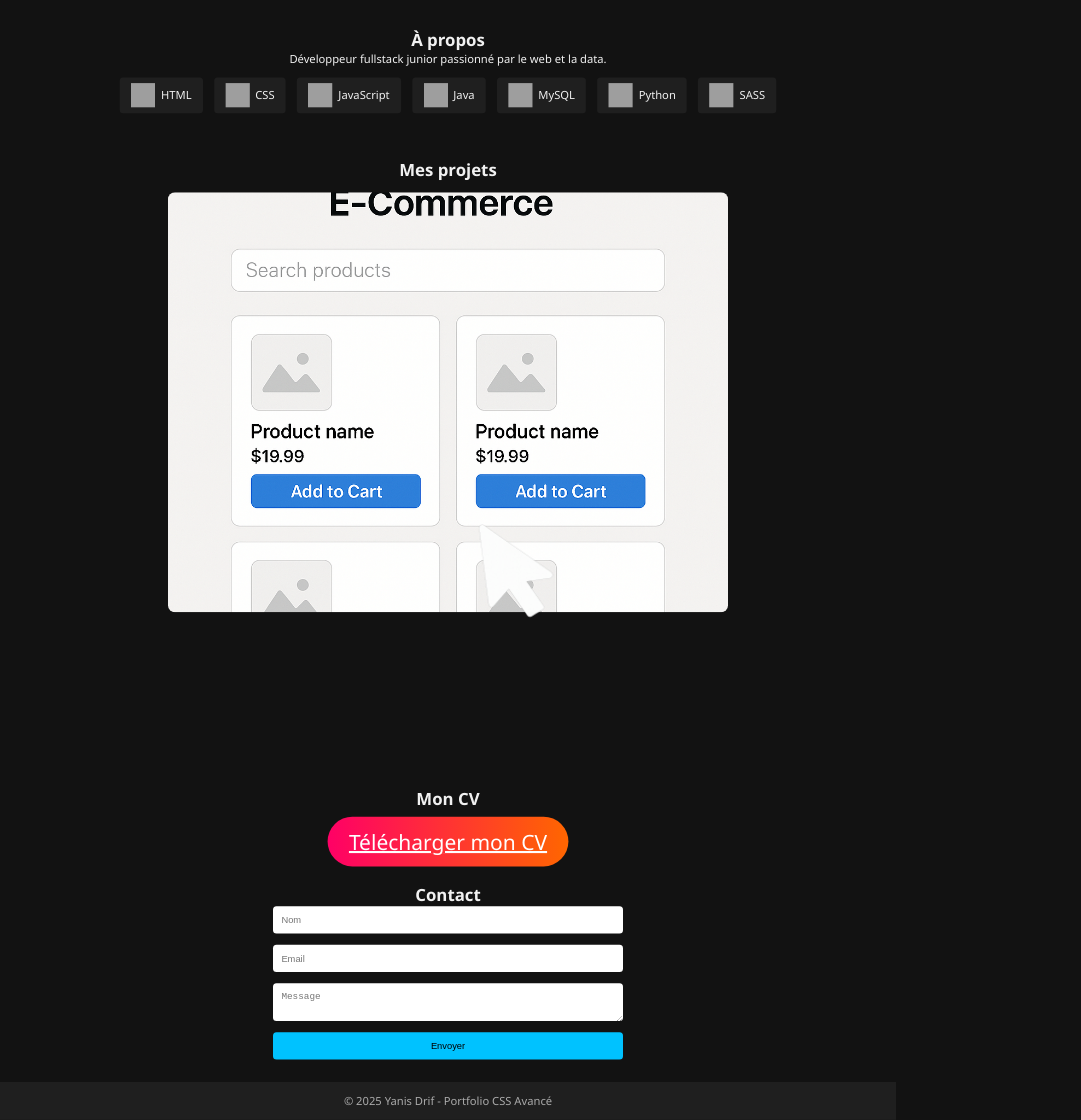
Repository: Yxniiss/ProjetCssAvance
Page: OneDrive/Bureau/Portfolio DrifYanis/home.html
An editor plug-in stored every save of this project. The page is shown before and after the next save, followed by the edit.
The browser window is 1280 px wide. The page is 1544 px wide, so the pictures cover 1544 px, including what lies to the right of the window. The pictures show the part of the page from y = 824 to 2424 px (the page is 2424 px tall), at 70% of full size.
Pictures or frames that could not be fetched are drawn as grey boxes.

Above is the page before, as saved 2025-04-10 11:37:19.
Console error: TypeError: Cannot set properties of null (setting 'textContent')

### OneDrive/Bureau/Portfolio DrifYanis/home.html
<!DOCTYPE html>
<html lang="fr">
<head>
  <meta charset="UTF-8" />
  <meta name="viewport" content="width=device-width, initial-scale=1.0" />
  <title>Portfolio - Yanis Drif</title>
  <link rel="stylesheet" href="/style.css" />
  <script defer src="/script.js"></script>
</head>
<body>
  <nav class="navbar">
    <div class="logo">Yanis Drif</div>
    <ul class="nav-links">
      <li><a href="#apropos">À propos</a></li>
      <li><a href="#projets">Projets</a></li>
      <li><a href="#cv">CV</a></li>
      <li><a href="#contact">Contact</a></li>
    </ul>
  </nav>

  <header class="hero">
    <img src="/image/IMG_0965 (2).jpeg" alt="Photo de profil" class="hero__image" />
    <div class="hero__content">
      <h1 class="hero__name">Yanis Drif</h1>
      <p class="hero__tagline">Développeur <span>Web</span> & Passionné de Data</p>
      <p class="hero__desc">Musique 🎧 | Jeux Vidéo 🎮 | Basket 🏀</p>
      <a href="#projets" class="btn">Voir mes projets</a>
    </div>
  </header>

  <section id="apropos" class="section about">
    <h2>À propos</h2>
    <p>Développeur fullstack junior passionné par le web et la data.</p>
    <div class="skills">
      <div class="skill"><img src="https://devicon-website.vercel.app/api/html5/original-wordmark.svg" alt="HTML">HTML</div>
      <div class="skill"><img src="https://devicon-website.vercel.app/api/css3/original-wordmark.svg" alt="CSS">CSS</div>
      <div class="skill"><img src="https://devicon-website.vercel.app/api/javascript/original.svg" alt="JavaScript">JavaScript</div>
      <div class="skill"><img src="https://devicon-website.vercel.app/api/java/original-wordmark.svg" alt="Java">Java</div>
      <div class="skill"><img src="https://devicon-website.vercel.app/api/mysql/plain-wordmark.svg" alt="MySQL">MySQL</div>
      <div class="skill"><img src="https://devicon-website.vercel.app/api/python/original-wordmark.svg" alt="Python">Python</div>
      <div class="skill"><img src="https://devicon-website.vercel.app/api/sass/original.svg" alt="SASS">SASS</div>
    </div>
  </section>

  <section id="projets" class="section projets">
    <h2>Mes projets</h2>
    <div class="projects carousel">
      <img src="image/ChatGPT Image 10 avr. 2025, 11_03_09.png" alt="Projet 1"/>
      <img src="/image/ChatGPT Image 10 avr. 2025, 11_09_31.png" alt="Projet 2" />
      <img src="/image/ChatGPT Image 10 avr. 2025, 11_11_38.png" alt="Projet 3" />
    </div>
    <div class="cursor2">
      <img src="/image/fecd8f8b-00be-49a2-b5b1-3fb5a8c2059e.png">
    </div>
  </section>

  <section id="cv" class="section cv">
    <h2>Mon CV</h2>
    <a href="/doc/CV Yanis (1) (1).pdf" download class="btn2">Télécharger mon CV</a>
  </section>

  <section id="contact" class="section contact">
    <h2>Contact</h2>
    <form class="contact-form">
      <input type="text" placeholder="Nom" required />
      <input type="email" placeholder="Email" required />
      <textarea placeholder="Message" required></textarea>
      <button type="submit">Envoyer</button>
    </form>
  </section>

  <footer>
    <p>&copy; 2025 Yanis Drif - Portfolio CSS Avancé</p>
  </footer>
</body>
</html>

### OneDrive/Bureau/Portfolio DrifYanis/style.css
* {
    margin: 0;
    padding: 0;
    box-sizing: border-box;
  }

  body {
    font-family: "Segoe UI", sans-serif;
    background-color: #121212;
    color: #f1f1f1;
  }


  .navbar {
    display: flex;
    justify-content: space-between;
    padding: 1rem 2rem;
    background-color: #1f1f1f;
  }

  .nav-links {
    display: flex;
    list-style: none;
    gap: 1.5rem;
  }

  .nav-links a {
    color: #00c2ff;
    text-decoration: none;
  }

  .hero {
    padding: 3rem 1rem;
    text-align: center;

  }

  .hero__name{
    position: relative;
    left: 280px;
    bottom:500px;

  }

  .hero__tagline{
    position: relative;
    left:280px;
    bottom:490px;
  }

  .hero__desc{
    position: relative;
    left:280px;
    bottom:490px;}

  .hero__image {
    border-radius: 25%;
    width: 400px;
    border: 1px solid #ffffff;
    margin-bottom: 1rem;
    position: relative;
    right:500px ;
  }

  .section {
    padding: 2rem 1rem;
    text-align: center;
  }

  .projects {
    display: flex;
    justify-content: center;
    gap: 1rem;
    flex-wrap: wrap;
    margin-top: 1rem;
  }

  .projects img {
    width: 800px;
    height: 600px;
    -o-object-fit: cover;
       object-fit: cover;
    border-radius: 10px;
  }

  .cursor2 img{
    width: 180px;
    position:relative;
    bottom:150px;
    left:100px;

  }

  .skills {
    display: flex;
    flex-wrap: wrap;
    gap: 1rem;
    justify-content: center;
    margin-top: 1rem;
  }

  .skill {
    display: flex;
    align-items: center;
    gap: 0.5rem;
    background-color: #1f1f1f;
    padding: 0.5rem 1rem;
    border-radius: 5px;
    transition: 0.3s ease, opacity 0.3s ease;
  }

  .skill:hover{
    transform: scale(1.2);
    opacity: 0.8;
  }

  .skill img {
    width: 35px;
    height: 35px;
  }

  footer {
    padding: 1rem;
    text-align: center;
    background-color: #1f1f1f;
    color: #aaa;
  }

  .btn {
    padding: 15px 30px;
    font-size: 30px;
    position: relative;
    left: 300px;
    bottom:150px;
    color:white;
    background: linear-gradient(90deg, #ff0066, #ff6600);
    border:none;
    border-radius: 50px;
    cursor: pointer;
    box-shadow: 0 4px 15px rgba(255,0,102,0);
    transition: box-shadow 0.3s ease, transform 0.3s ease;
  }

  .btn:hover{
    box-shadow: 0 10px 20px rgba(255,0,102,0.5);
    transform: translateY(-3px);
  }

  .btn2 {
    padding: 15px 30px;
    font-size: 30px;
    position: relative;
    left: 0px;
    top:25px;
    color:white;
    background: linear-gradient(90deg, #ff0066, #ff6600);
    border:none;
    border-radius: 50px;
    cursor: pointer;
    box-shadow: 0 4px 15px rgba(255,0,102,0);
    transition: box-shadow 0.3s ease, transform 0.3s ease;
  }

  .btn2:hover{
    box-shadow: 0 10px 20px rgba(255,0,102,0.5);
    transform: translateY(-3px);
  }


  .contact-form {
    max-width: 500px;
    margin: auto;
    display: flex;
    flex-direction: column;
    gap: 1rem;
  }

  .contact-form input,
  .contact-form textarea {
    padding: 0.75rem;
    border: none;
    border-radius: 5px;
  }

  .contact-form button {
    background-color: #00c2ff;
    color: #000;
    padding: 0.75rem;
    border: none;
    border-radius: 5px;
    cursor: pointer;
  }

  .start h1{
    text-align: left;
    margin-top: 100px;
    font-size: 35px;
    margin-left: 100px;
  }

  .start h2{
    text-align: left;
    margin-top: 1px;
    font-size: 70px;
    margin-left: 100px;
  }

  .start h3{
    text-align: left;
    margin-top: 1px;
    font-size: 35px;
    margin-left: 100px;
  }

  #mot {
    color:#00c2ff;
  }

  #cursor{
    display: inline-block;
    width: 10px;
    background-color:black;
    animation: blink 0.8s step-end infinite;
  }

  @keyframes blink{
    50% {
      opacity: 0;
    }
  }

  @keyframes typing{
    from{
      width: 0;
    }
    to{
      width: 100%;
    }
  }

  #main{
    opacity: 0;
    transform: translateY(0);
    transition: opacity 5s ease, transform 5s ease;
  }

  body.loaded #main{
    opacity: 1;
    transform: translateY(0);
  }


  .start p{
    text-align: left;
    margin-left: 100px;
    margin-top: 20px;
    font-size: 20px;
  }

  .ntwrks {
    position: absolute;
    top: 410px;
    left: 110px;
    display: flex;
    flex-wrap: wrap;
    gap: 1rem;
  }

  .ntwrk {
    display: flex;
    align-items: center;
    gap: 0.5rem;
    background-color: #1f1f1f;
    padding: 1rem 1rem;
    border-radius: 100px;
    transition: 0.3s ease, opacity 0.3s ease;
  }

  .ntwrk:hover{
    transform: scale(1.2);
    opacity: 0.8;
  }

  .ntwrk img {
    width: 30px;
    height: 30px;
  }

  .modern-button{
    background-color:#00c2ff;
    font-size: 16px;
    font-weight: bold;
    border:none;
    padding: 15px 30px;
    border-radius: 25px;
    cursor: pointer;
    outline: none;
    position: relative;
    right:550px;
    top:120px;
    animation:glow 1.5s infinite alternate;
    transition: 0.3s ease, opacity 0.3s ease;
  }

  .modern-button a{
    color:white;
    text-decoration: none;
  }

  .modern-button:hover{
    transform: scale(1.2);
    opacity: 1;
  }

  @keyframes glow{
    0%{
      box-shadow: 0 0 10px 5px rgba(0, 194, 255, 0.6), 0 0 20px 10px rgba(0, 194, 255, 0.4);
    }
    100%{
      box-shadow: 0 0 20px 10px rgba(0, 194, 255, 1), 0 0 30px 15px rgba(0, 194, 255, 0.8);
    }
  }

  .image{
    max-width: 30%;
    position: relative;
    bottom: 350px;
    left: 350px;
  }

### OneDrive/Bureau/Portfolio DrifYanis/script.js

document.addEventListener('DOMContentLoaded', () => {
    // Scroll fluide
    document.querySelectorAll('a[href^="#"]').forEach(anchor => {
      anchor.addEventListener('click', function (e) {
        e.preventDefault();
        const target = document.querySelector(this.getAttribute('href'));
        if (target) {
          target.scrollIntoView({ behavior: 'smooth' });
        }
      });
    });

    // Carrousel automatique
    const images = document.querySelectorAll('.carousel img');
    let currentIndex = 0;

    function showSlide(index) {
      images.forEach((img, i) => {
        img.style.display = i === index ? 'block' : 'none';
      });
    }

    function nextSlide() {
      currentIndex = (currentIndex + 1) % images.length;
      showSlide(currentIndex);
    }

    if (images.length > 0) {
      showSlide(currentIndex);
      setInterval(nextSlide, 3000); // change every 3 seconds
    }
  });

  const mot = ["Etudiant", "Developpeur web", "Pasionné de code","Developpeur fullstack"];
  let index = 0;
  const element = document.getElementById("mot");
  const cursor = document.getElementById("cursor");

  let typingInterval;
  let currentWord = "";
  let currentCharIndex = 0;

  function  commencerTypingAnimation(){
    currentWord=mot[index];
    currentCharIndex = 0;
    element.textContent = '';

    typingInterval = setInterval(() =>{
      element.textContent += currentWord.charAt(currentCharIndex);
      currentCharIndex++;

      if(currentCharIndex === currentWord.length){
        clearInterval(typingInterval);
        setTimeout(changerMot,1000);
      }
    },150);
  }

  function changerMot(){
    element.textContent=mot[index];
    index++;
    if(index===mot.length){
      index=0;
    }
    commencerTypingAnimation();
  }
  commencerTypingAnimation();

  window.addEventListener('load', function () {
    document.body.classList.add('loaded');
  });

After the next save:
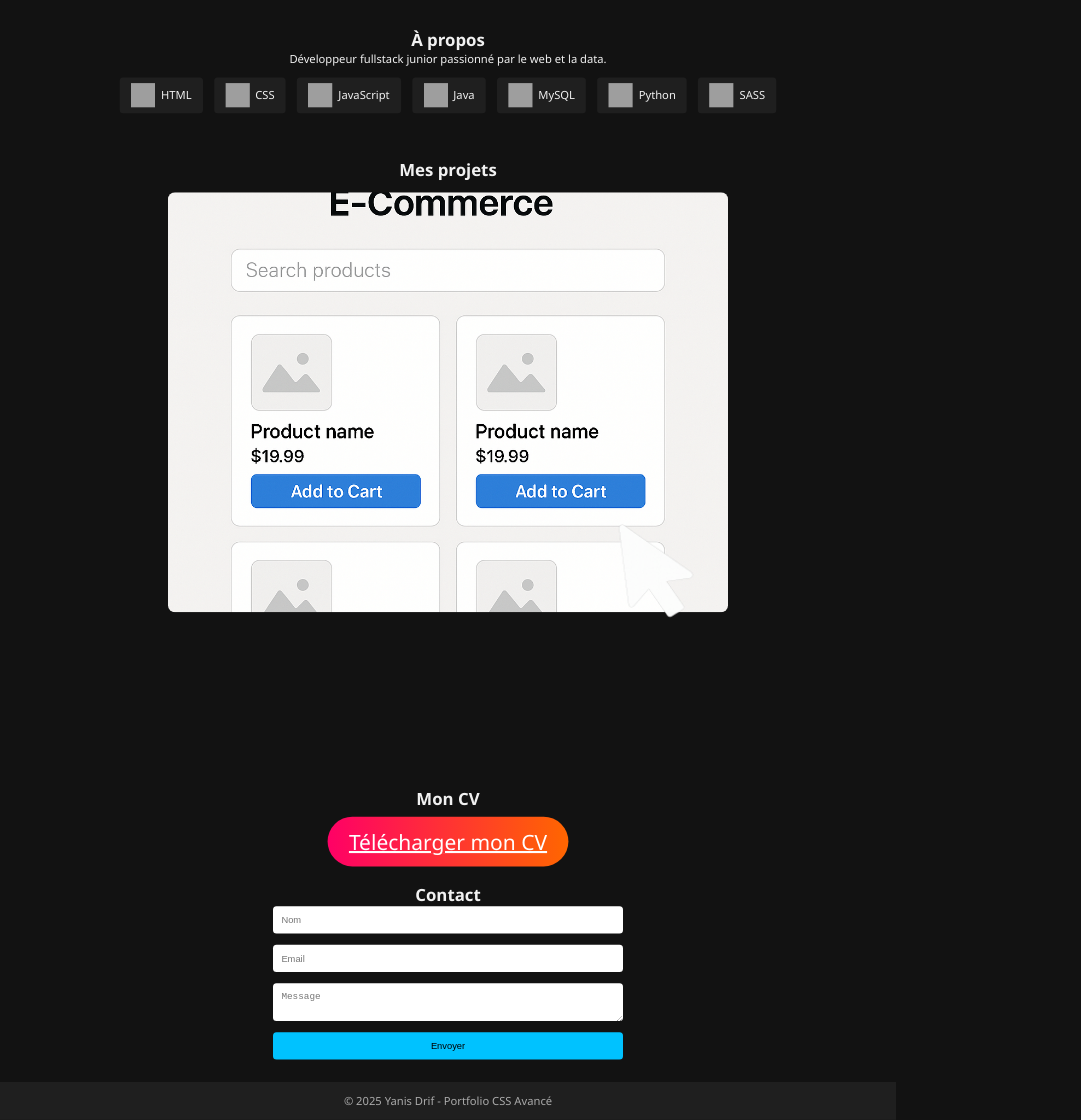
Saved 10 s later.
--- a/OneDrive/Bureau/Portfolio DrifYanis/style.css
+++ b/OneDrive/Bureau/Portfolio DrifYanis/style.css
@@ -87,7 +87,7 @@
     width: 180px;
     position:relative;
     bottom:150px;
-    left:100px;
+    left:300px;
 
   }
 
